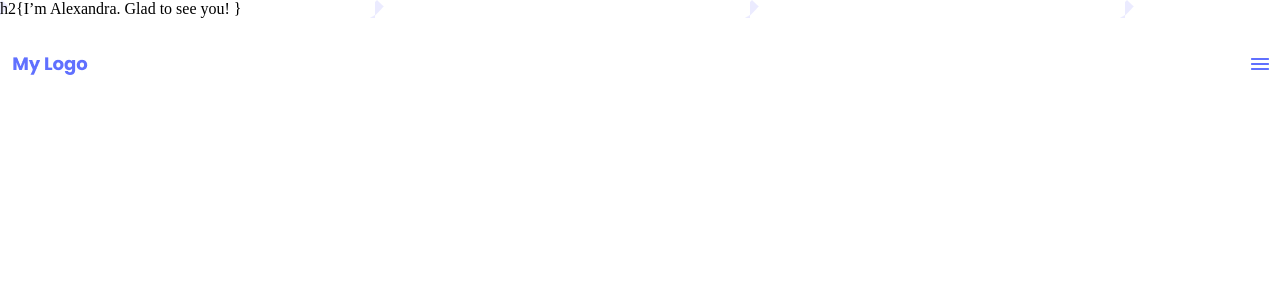
Repository: Paulinelali/potfoilo.github.io
Page: public/index.html
The author's editor kept a copy of each file at every save. The page is drawn from the files as they stood at one save, then again after a run of saves.
The browser window is 1280 px wide. The pictures show the whole page.

Above is the page before, as saved 2023-03-24 21:04:47.

### public/index.html
<!DOCTYPE html>
<html lang="en">
<head>
    <meta charset="UTF-8">
    <meta http-equiv="X-UA-Compatible" content="IE=edge">
    <meta name="viewport" content="width=device-width, initial-scale=1.0">
    <link rel="stylesheet" href="../styles/style.css">
    <title>Ayomide S.E.P</title>
</head>
<body>

    <header class="header header-top">
        <div class="header-inner sp-btw-flex">
            <div class="heoader-log">
                <img src="../assets/Logo Placeholder.png" alt="">
            </div>
            <div class="header-mobile-icon">
                <img src="../assets/Normal Button/Tertiary/Enabled.png" alt="">
            </div>
        </div>
    </header>

    <section class="intro-section">
        h2{I’m Alexandra.
            Glad to see you!
        }
    </section>
</body>
</html>

### styles/style.css
*{
    box-sizing: border-box;
    padding: 0px;
    margin: 0px;
}

.intro-section{ background-image: url("../assets/header-shapes\ mobile.png");}


.header-inner{
    position: absolute;
    width: 100%;
    height: 48px;
    top: 44px;
    display: flex;
    justify-content: space-between;
}

.sp-btw-flex{ display: flex;}
.sp-btw-fle .heoader-log{
    width: 40px;
    height: 40px;
    left: 24px;
    top: cal(50% -40px/2);
    border-radius: 8px;
    -webkit-border-radius: 8px;
    -moz-border-radius: 8px;
    -ms-border-radius: 8px;
    -o-border-radius: 8px;
}

.header-mobile-icon{
    width: 40px;
    height: 40px;
    right: 24px;
    top: cal(50% -40px/2);
    border-radius: 8px;
    -webkit-border-radius: 8px;
    -moz-border-radius: 8px;
    -ms-border-radius: 8px;
    -o-border-radius: 8px;
}

After the next 3 saves:
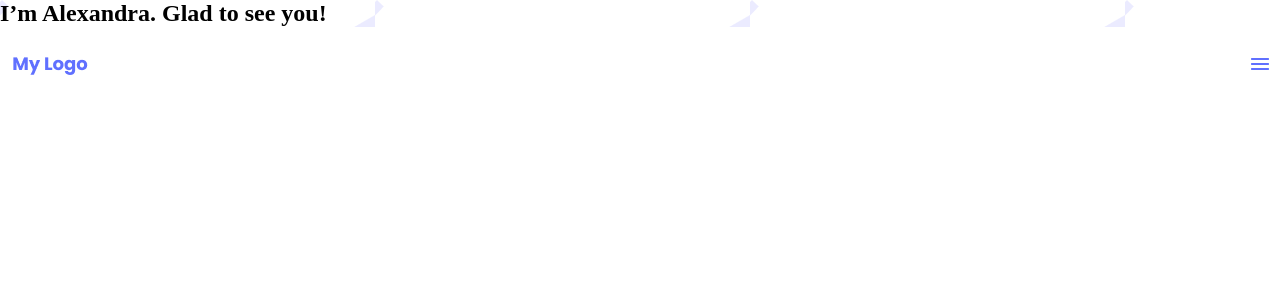
The 3 saves are shown as one change because they came seconds apart.
The last was saved 11 s later.
--- a/public/index.html
+++ b/public/index.html
@@ -21,9 +21,8 @@
     </header>
 
     <section class="intro-section">
-        h2{I’m Alexandra.
-            Glad to see you!
-        }
+        <h2>I’m Alexandra.
+            Glad to see you!</h2>
     </section>
 </body>
 </html>
